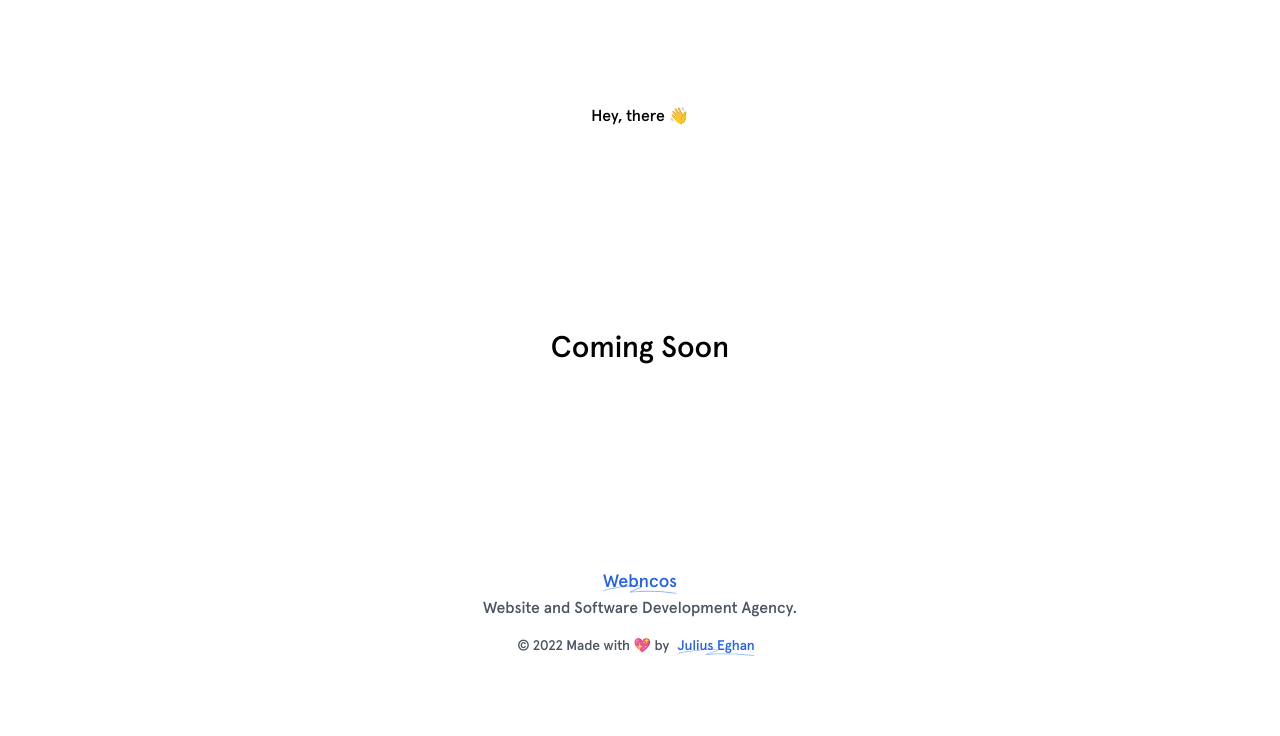
Repository: 1realjulius/webncos
Page: /
These files come from the project's save history. The page is drawn as it stood at one moment and after the next save; the edit follows.
The browser window is 1280 px wide. The pictures show the whole page.
The project was rebuilt for these pictures with package versions that can differ from the ones it lists, and the page was loaded fresh each time. The framework's server and built-in components were replaced by stand-ins that run in the browser. Also part of the build but not shown: next.config.js.

Above is the page before, as saved 2022-08-13 05:58:13.

### pages/index.tsx
import type { NextPage } from 'next'
import Head from 'next/head'
import Image from 'next/image'
import ComingSoon from '../components/ComingSoon'

const Home: NextPage = () => {
  return (
    <div className="flex min-h-screen flex-col items-center justify-center py-2 font-ApercuMedium">
      <Head>
      <title>Webncos</title>
        <meta name="description" content="Website and Software Development Agency." />
        <meta property="og:type" content="website"/>
        <meta property="og:url" content="https://www.webncos.com/"/>
        <meta property="og:title" content="Webncos — Website and Software Development Agency."/>
        <meta property="og:description" content="Website and Software Development Agency."/>
        {/* <meta property="og:image" content="/Assets/newmemoji.svg"/> */}
        {/* <meta property="twitter:card" content="/Assets/Julius_Eghan.jpg"/> */}
        <meta property="twitter:url" content="https://www.webncos.com/"/>
        <meta property="twitter:title" content="Webncos — Website and Software Development Agency."/>
        <meta property="twitter:description" content="Website and Software Development Agency."/>
        {/* <meta property="twitter:image" content="/Assets/Julius_Eghan.jpg"/> */}
        <link rel="icon" href="/favicon.ico" />
        {/* <meta name="google-site-verification" content="0HesePHVymRqGiL70HUKPIq0Zsap0uUIb_Ci0DpImRY" /> */}
        <meta name="theme-color" content="#f7f2f2"   media="(prefers-color-scheme: light)"/>
        <meta name="theme-color" content="#090c10"   media="(prefers-color-scheme: dark)"/>
      </Head>
      <ComingSoon/>

    </div>
  )
}

export default Home

### styles/globals.css
@tailwind base;
@tailwind components;
@tailwind utilities;

@layer base{
      @font-face{
        font-family: 'ApercuBold';
        src: url("/Fonts/ApercuPro-Bold.woff") format("woff"),url("/Fonts/ApercuPro-Bold.woff2") format("woff2");
      }
      @font-face{
        font-family: 'ApercuMedium';
        src: url("/Fonts/ApercuPro-Medium.woff") format("woff"),url("/Fonts/ApercuPro-Medium.woff2") format("woff2");
      }
    }

### components/ComingSoon.tsx
import Link from 'next/link'
import React from 'react'

const ComingSoon = () => {
  return (
    <div className='min-h-screen flex flex-col items-center justify-between md:p-8 p-6'>
    <div className='flex flex-col items-center justify-center pt-16'>
      <h1 className=''>Hey, there 👋</h1>
    </div>
    <div className='flex flex-col items-center justify-center'>
      <h1 className='text-3xl leading-none'>Coming Soon</h1>
    </div>
    <div className='flex flex-col items-center justify-center mb-6'>
        <div>
            <h1 className='text-lg'>
            <span className="relative whitespace-nowrap text-blue-600 cursor-pointer mx-2">
                <svg
                  aria-hidden="true"
                  viewBox="0 0 418 42"
                  className="absolute top-2/3 left-0 h-[0.48em] w-full fill-blue-500/60"
                  preserveAspectRatio="none"
                >
                  <path d="M203.371.916c-26.013-2.078-76.686 1.963-124.73 9.946L67.3 12.749C35.421 18.062 18.2 21.766 6.004 25.934 1.244 27.561.828 27.778.874 28.61c.07 1.214.828 1.121 9.595-1.176 9.072-2.377 17.15-3.92 39.246-7.496C123.565 7.986 157.869 4.492 195.942 5.046c7.461.108 19.25 1.696 19.17 2.582-.107 1.183-7.874 4.31-25.75 10.366-21.992 7.45-35.43 12.534-36.701 13.884-2.173 2.308-.202 4.407 4.442 4.734 2.654.187 3.263.157 15.593-.78 35.401-2.686 57.944-3.488 88.365-3.143 46.327.526 75.721 2.23 130.788 7.584 19.787 1.924 20.814 1.98 24.557 1.332l.066-.011c1.201-.203 1.53-1.825.399-2.335-2.911-1.31-4.893-1.604-22.048-3.261-57.509-5.556-87.871-7.36-132.059-7.842-23.239-.254-33.617-.116-50.627.674-11.629.54-42.371 2.494-46.696 2.967-2.359.259 8.133-3.625 26.504-9.81 23.239-7.825 27.934-10.149 28.304-14.005.417-4.348-3.529-6-16.878-7.066Z"></path>
                </svg>
                <span className="relative">Webncos</span>
              </span>
            </h1>
        </div>
        <div>
            <p className='text-gray-600'>Website and Software Development Agency.</p>
        </div>
        <div>
            <p className="flex flex-row text-sm my-4 text-gray-600">
                <span>© 2022 Made with 💖 by</span>
                <Link href='https://www.iamjulius.com/'>
                <span className="relative whitespace-nowrap text-blue-600 cursor-pointer mx-2">
                <svg
                  aria-hidden="true"
                  viewBox="0 0 418 42"
                  className="absolute top-2/3 left-0 h-[0.48em] w-full fill-blue-500/60"
                  preserveAspectRatio="none"
                >
                  <path d="M203.371.916c-26.013-2.078-76.686 1.963-124.73 9.946L67.3 12.749C35.421 18.062 18.2 21.766 6.004 25.934 1.244 27.561.828 27.778.874 28.61c.07 1.214.828 1.121 9.595-1.176 9.072-2.377 17.15-3.92 39.246-7.496C123.565 7.986 157.869 4.492 195.942 5.046c7.461.108 19.25 1.696 19.17 2.582-.107 1.183-7.874 4.31-25.75 10.366-21.992 7.45-35.43 12.534-36.701 13.884-2.173 2.308-.202 4.407 4.442 4.734 2.654.187 3.263.157 15.593-.78 35.401-2.686 57.944-3.488 88.365-3.143 46.327.526 75.721 2.23 130.788 7.584 19.787 1.924 20.814 1.98 24.557 1.332l.066-.011c1.201-.203 1.53-1.825.399-2.335-2.911-1.31-4.893-1.604-22.048-3.261-57.509-5.556-87.871-7.36-132.059-7.842-23.239-.254-33.617-.116-50.627.674-11.629.54-42.371 2.494-46.696 2.967-2.359.259 8.133-3.625 26.504-9.81 23.239-7.825 27.934-10.149 28.304-14.005.417-4.348-3.529-6-16.878-7.066Z"></path>
                </svg>
                <span className="relative">Julius Eghan</span>
              </span>
                </Link>
            </p>
        </div>
    </div>
  </div>
  )
}

export default ComingSoon

### tailwind.config.js
/** @type {import('tailwindcss').Config} */
module.exports = {
  content: [
    './pages/**/*.{js,ts,jsx,tsx}',
    './components/**/*.{js,ts,jsx,tsx}',
  ],
  theme: {
    extend: {
      fontFamily: {
        ApercuBold: 'ApercuBold, sans',
        ApercuMedium: 'ApercuMedium, sans',
      },
    },
  },
  plugins: [],
}

Loaded but not shown: pages/_app.tsx (common file); pages/api/hello.ts (common file)

After the next save:
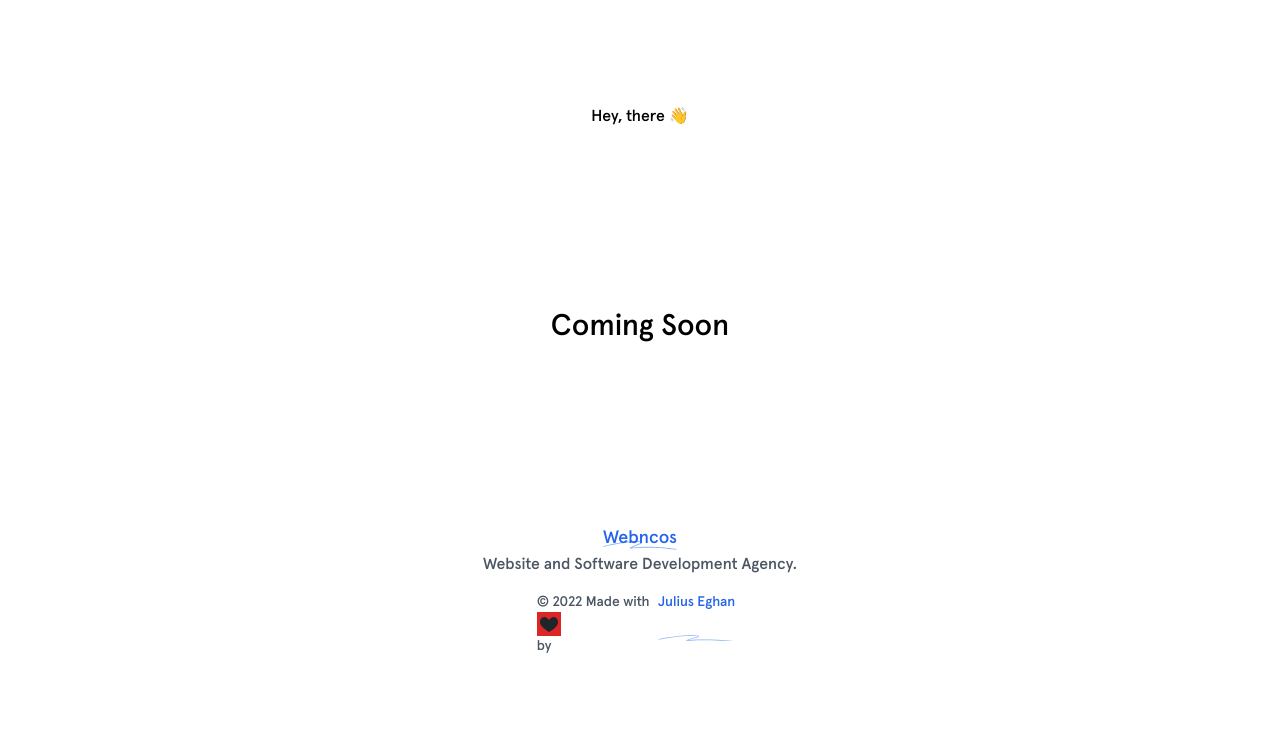
Saved 5 min 9 s later.
--- a/components/ComingSoon.tsx
+++ b/components/ComingSoon.tsx
@@ -1,39 +1,61 @@
-import Link from 'next/link'
-import React from 'react'
+import Link from "next/link";
+import React from "react";
 
 const ComingSoon = () => {
   return (
-    <div className='min-h-screen flex flex-col items-center justify-between md:p-8 p-6'>
-    <div className='flex flex-col items-center justify-center pt-16'>
-      <h1 className=''>Hey, there 👋</h1>
-    </div>
-    <div className='flex flex-col items-center justify-center'>
-      <h1 className='text-3xl leading-none'>Coming Soon</h1>
-    </div>
-    <div className='flex flex-col items-center justify-center mb-6'>
+    <div className="min-h-screen flex flex-col items-center justify-between md:p-8 p-6">
+      <div className="flex flex-col items-center justify-center pt-16">
+        <h1 className="">Hey, there 👋</h1>
+      </div>
+      <div className="flex flex-col items-center justify-center">
+        <h1 className="text-3xl leading-none">Coming Soon</h1>
+      </div>
+      <div className="flex flex-col items-center justify-center mb-6">
         <div>
-            <h1 className='text-lg'>
+          <h1 className="text-lg">
             <span className="relative whitespace-nowrap text-blue-600 cursor-pointer mx-2">
-                <svg
-                  aria-hidden="true"
-                  viewBox="0 0 418 42"
-                  className="absolute top-2/3 left-0 h-[0.48em] w-full fill-blue-500/60"
-                  preserveAspectRatio="none"
-                >
-                  <path d="M203.371.916c-26.013-2.078-76.686 1.963-124.73 9.946L67.3 12.749C35.421 18.062 18.2 21.766 6.004 25.934 1.244 27.561.828 27.778.874 28.61c.07 1.214.828 1.121 9.595-1.176 9.072-2.377 17.15-3.92 39.246-7.496C123.565 7.986 157.869 4.492 195.942 5.046c7.461.108 19.25 1.696 19.17 2.582-.107 1.183-7.874 4.31-25.75 10.366-21.992 7.45-35.43 12.534-36.701 13.884-2.173 2.308-.202 4.407 4.442 4.734 2.654.187 3.263.157 15.593-.78 35.401-2.686 57.944-3.488 88.365-3.143 46.327.526 75.721 2.23 130.788 7.584 19.787 1.924 20.814 1.98 24.557 1.332l.066-.011c1.201-.203 1.53-1.825.399-2.335-2.911-1.31-4.893-1.604-22.048-3.261-57.509-5.556-87.871-7.36-132.059-7.842-23.239-.254-33.617-.116-50.627.674-11.629.54-42.371 2.494-46.696 2.967-2.359.259 8.133-3.625 26.504-9.81 23.239-7.825 27.934-10.149 28.304-14.005.417-4.348-3.529-6-16.878-7.066Z"></path>
-                </svg>
-                <span className="relative">Webncos</span>
-              </span>
-            </h1>
+              <svg
+                aria-hidden="true"
+                viewBox="0 0 418 42"
+                className="absolute top-2/3 left-0 h-[0.48em] w-full fill-blue-500/60"
+                preserveAspectRatio="none"
+              >
+                <path d="M203.371.916c-26.013-2.078-76.686 1.963-124.73 9.946L67.3 12.749C35.421 18.062 18.2 21.766 6.004 25.934 1.244 27.561.828 27.778.874 28.61c.07 1.214.828 1.121 9.595-1.176 9.072-2.377 17.15-3.92 39.246-7.496C123.565 7.986 157.869 4.492 195.942 5.046c7.461.108 19.25 1.696 19.17 2.582-.107 1.183-7.874 4.31-25.75 10.366-21.992 7.45-35.43 12.534-36.701 13.884-2.173 2.308-.202 4.407 4.442 4.734 2.654.187 3.263.157 15.593-.78 35.401-2.686 57.944-3.488 88.365-3.143 46.327.526 75.721 2.23 130.788 7.584 19.787 1.924 20.814 1.98 24.557 1.332l.066-.011c1.201-.203 1.53-1.825.399-2.335-2.911-1.31-4.893-1.604-22.048-3.261-57.509-5.556-87.871-7.36-132.059-7.842-23.239-.254-33.617-.116-50.627.674-11.629.54-42.371 2.494-46.696 2.967-2.359.259 8.133-3.625 26.504-9.81 23.239-7.825 27.934-10.149 28.304-14.005.417-4.348-3.529-6-16.878-7.066Z"></path>
+              </svg>
+              <span className="relative">Webncos</span>
+            </span>
+          </h1>
         </div>
         <div>
-            <p className='text-gray-600'>Website and Software Development Agency.</p>
+          <p className="text-gray-600">
+            Website and Software Development Agency.
+          </p>
         </div>
         <div>
-            <p className="flex flex-row text-sm my-4 text-gray-600">
-                <span>© 2022 Made with 💖 by</span>
-                <Link href='https://www.iamjulius.com/'>
-                <span className="relative whitespace-nowrap text-blue-600 cursor-pointer mx-2">
+          <p className="flex flex-row text-sm my-4 text-gray-600">
+            <span>
+              © 2022 Made with{" "}
+              <span>
+                <svg
+                  xmlns="http://www.w3.org/2000/svg"
+                  width="24"
+                  height="24"
+                  viewBox="0 0 24 24"
+                  fill="none"
+                  className="bg-red-600"
+                  data-src="assets/img/icons/interface/heart.svg"
+                  xmlnsXlink="http://www.w3.org/1999/xlink"
+                >
+                  <path
+                    d="M16.5 5C14.8905 5 13.0082 6.82463 12 8C10.9918 6.82463 9.1095 5 7.5 5C4.651 5 3 7.22218 3 10.0504C3 13.1835 6 16.5 12 20C18 16.5 21 13.25 21 10.25C21 7.42177 19.349 5 16.5 5Z"
+                    fill="#212529"
+                  ></path>
+                </svg>
+              </span>{" "}
+              by
+            </span>
+            <Link href="https://www.iamjulius.com/">
+              <span className="relative whitespace-nowrap text-blue-600 cursor-pointer mx-2">
                 <svg
                   aria-hidden="true"
                   viewBox="0 0 418 42"
@@ -44,12 +66,12 @@ const ComingSoon = () => {
                 </svg>
                 <span className="relative">Julius Eghan</span>
               </span>
-                </Link>
-            </p>
+            </Link>
+          </p>
         </div>
+      </div>
     </div>
-  </div>
-  )
-}
+  );
+};
 
-export default ComingSoon
+export default ComingSoon;
